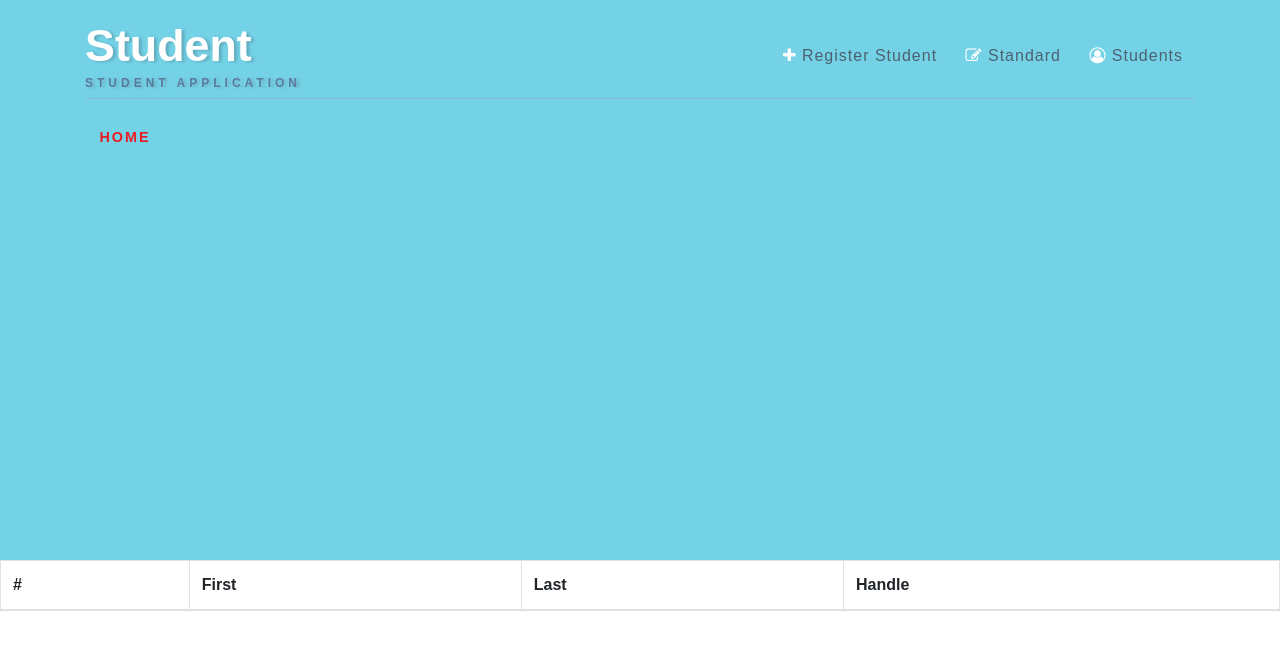
Repository: PallaviMadiya/Java-Framework-
Page: http://localhost/StudentApplication/student.jsp
These files come from the project's save history. The page is drawn as it stood at one moment and after the next save; the edit follows.
The browser window is 1280 px wide. The pictures show the whole page.
Some web fonts or font styles are not loaded; a fallback is used. The page is served by Tomcat 9. Queries for data that is not in the repository find no rows.

Above is the page before, as saved 2023-10-18 07:59:39.

After the next save:
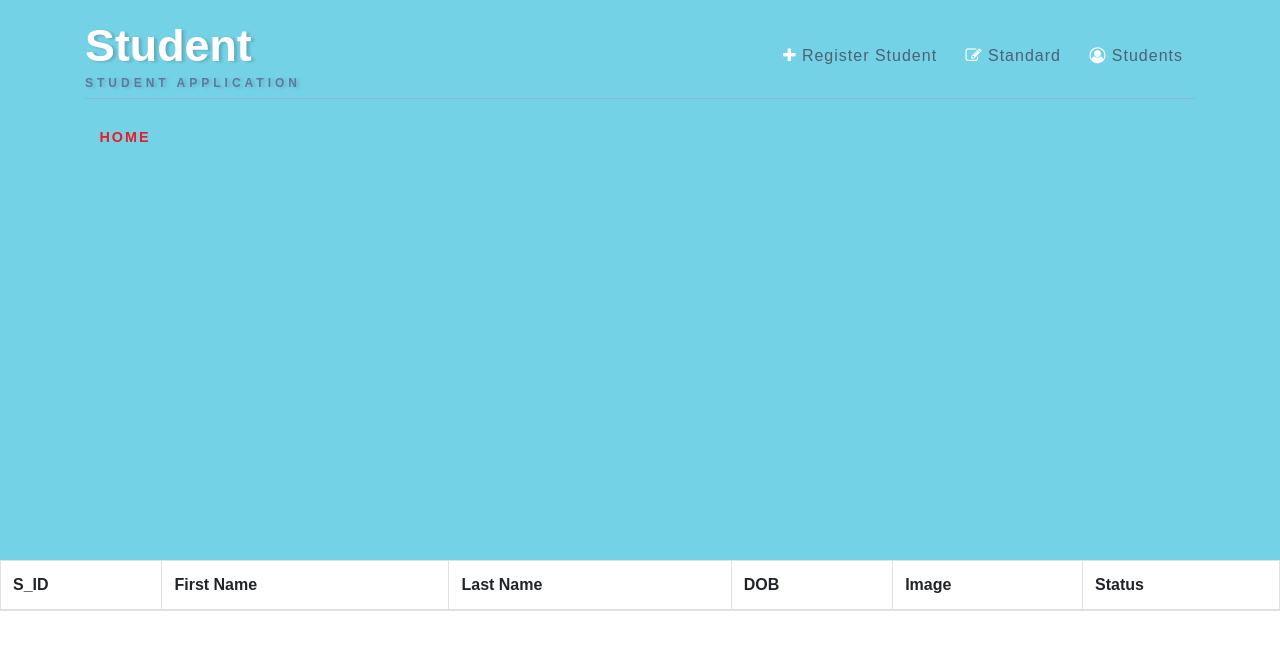
Saved 77 s later.
--- a/StudentApplication/src/main/webapp/student.jsp
+++ b/StudentApplication/src/main/webapp/student.jsp
@@ -18,10 +18,12 @@
 	<table class="table table-bordered">
   <thead>
     <tr>
-      <th scope="col">#</th>
-      <th scope="col">First</th>
-      <th scope="col">Last</th>
-      <th scope="col">Handle</th>
+      <th scope="col">S_ID</th>
+      <th scope="col">First Name</th>
+      <th scope="col">Last Name</th>
+      <th scope="col">DOB</th>
+      <th scope="col">Image</th>
+      <th scope="col">Status</th>
     </tr>
   </thead>
   <tbody>
